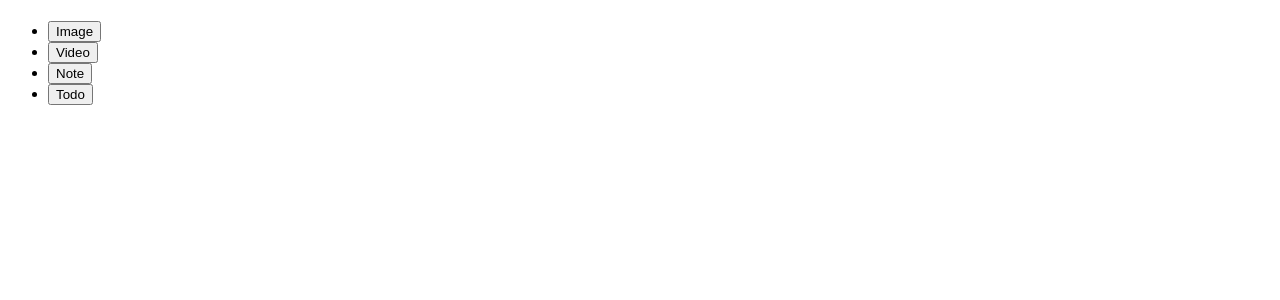
Repository: SeungYn/MotionTs
Page: index.html
These files come from the project's save history. The page is drawn as it stood at one moment and after the next save; the edit follows.
The browser window is 1280 px wide. The pictures show the whole page.

Above is the page before, as saved 2022-09-28 16:59:19.
Not found: dict/app.js

After the next save:
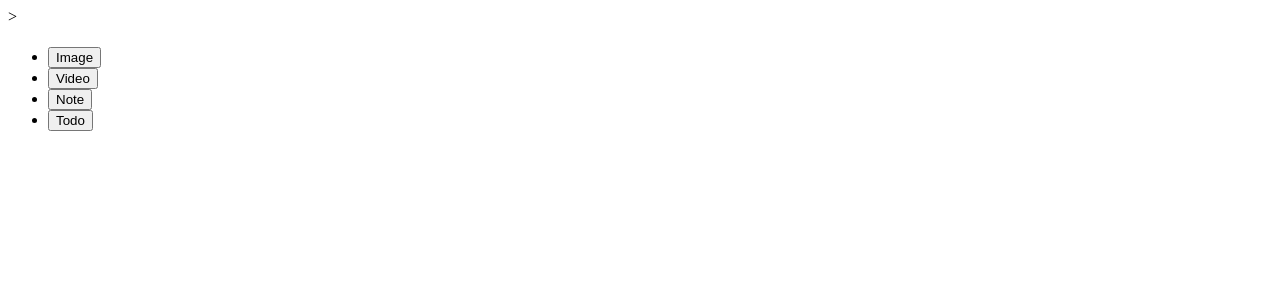
Saved 12 s later.
--- a/index.html
+++ b/index.html
@@ -10,6 +10,7 @@
   </head>
   <body>
     <div class="app">
+      >
       <header class="banner">
         <h1 class="banner__title"></h1>
         <ul class="control__panel">

After the save that followed:
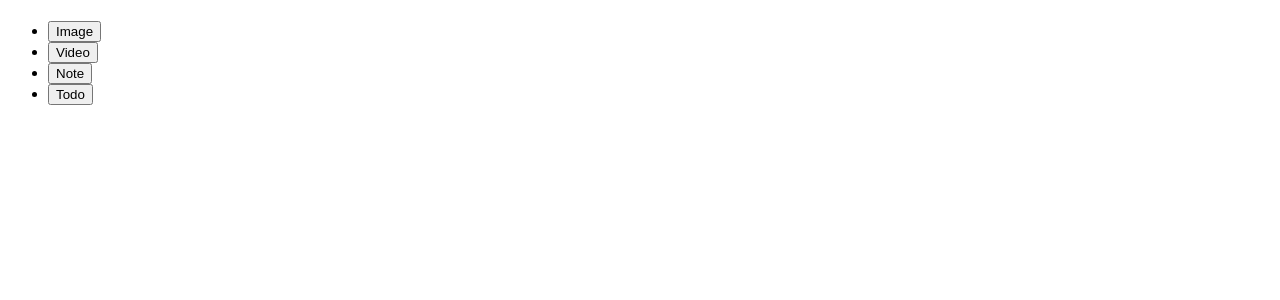
Saved 4 s later.
--- a/index.html
+++ b/index.html
@@ -10,7 +10,6 @@
   </head>
   <body>
     <div class="app">
-      >
       <header class="banner">
         <h1 class="banner__title"></h1>
         <ul class="control__panel">
